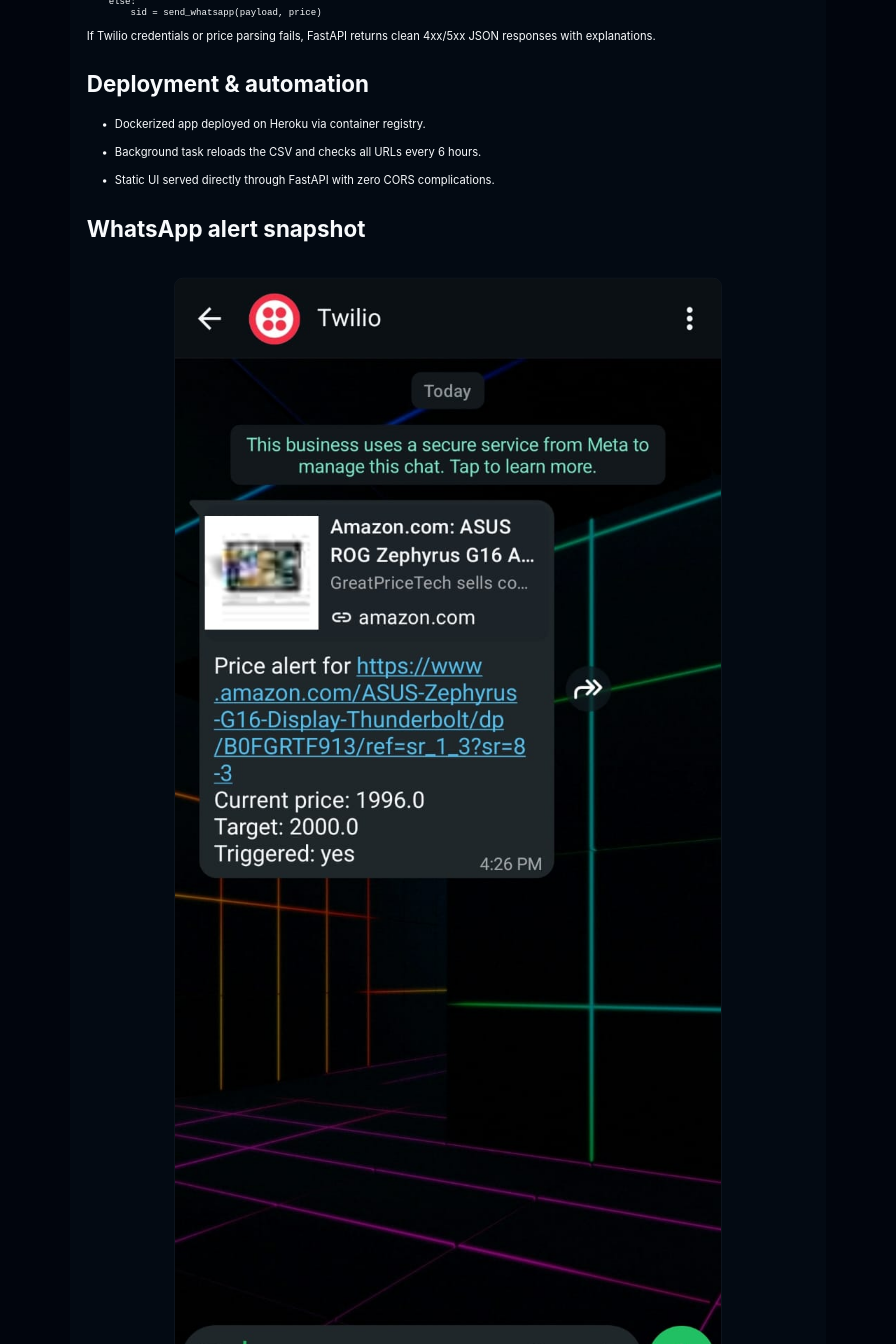
Repository: Abdulaziz-04/Abdulaziz-04.github.io
Page: deepdives/backend_systems/price_notifier/price_notifier.html
These files come from the project's save history. The page is drawn as it stood at one moment and after the next save; the edit follows.
The browser window is 1280 px wide. The pictures show the part of the page from y = 1980 to 3900 px (the page is 4114 px tall before and 4094 px after), at 70% of full size.

Above is the page before, as saved 2025-11-21 15:09:01.

### deepdives/backend_systems/price_notifier/price_notifier.html
<!DOCTYPE html>
<html lang="en">
  <head>
    <meta charset="UTF-8" />
    <meta name="viewport" content="width=device-width, initial-scale=1" />
    <title>Price Notifier with WhatsApp Alerts</title>
    <link rel="stylesheet" href="../../../assets/css/styles.css" />
  </head>

  <body class="project-detail-page">
    <header class="detail-hero">
      <a class="category-back" href="../../../projects/backend_systems.html">
        ← Back to Projects
      </a>

      <p class="category-pill">Backend & Distributed Logic</p>
      <br />

      <h1>Price Notifier with WhatsApp Alerts</h1>

      <p class="detail-summary">
        <b>
          Lightweight FastAPI service that checks live product prices on demand
          or every 6 hours, and sends WhatsApp alerts via Twilio when the price
          hits a target. Includes a simple browser UI, optional delay, Docker
          deploy, and multi-URL tracking via CSV.
        </b>
      </p>

      <ul class="detail-meta">
        <li>
          <strong>Tech Stack:</strong> FastAPI, BeautifulSoup, requests, Twilio
          API, uvicorn, React, Docker, Heroku
        </li>
      </ul>
    </header>

    <main class="section detail-content">
      <!-- HERO IMAGE -->
      <section class="detail-section detail-hero-gif">
        <figure class="gallery-item gallery-item--wide">
          <img
            src="./images/intro.png"
            alt="Price notifier UI"
            style="display: block; margin: 0 auto; max-width: 90%; height: auto"
          />
          <figcaption style="text-align: center">
            UI for submitting product URL, target price, optional delay, and
            seeing JSON responses from the API.
          </figcaption>
        </figure>
      </section>

      <!-- QUICK INSIGHTS -->
      <section class="detail-section">
        <h2>Quick insights</h2>
        <ul class="psr-list">
          <li>
            <strong>Purpose:</strong> Automates price checks and sends WhatsApp
            alerts when a target is reached.
          </li>
          <br />
          <li>
            <strong>Inputs:</strong> Product URL, target price, optional delay,
            optional custom WhatsApp recipient.
          </li>
          <br />
          <li>
            <strong>Automation:</strong> Background task re-checks all saved
            URLs every 6 hours and alerts if thresholds are met.
          </li>
        </ul>
      </section>

      <!-- FEATURES -->
      <section class="detail-section">
        <h2>Features</h2>
        <ul>
          <li>Fetches live product price via BeautifulSoup scraping.</li>
          <br />
          <li>
            Compares price vs target and sends WhatsApp alerts via Twilio.
          </li>
          <br />
          <li>Supports delayed notifications (up to 24 hours).</li>
          <br />
          <li>
            Tracks multiple items in a CSV, for lightweight and personal use.
          </li>
        </ul>
      </section>

      <!-- API & LOGIC -->
      <section class="detail-section">
        <h2>API & core logic</h2>

        <p>FastAPI project exposes three simple endpoints:</p>

        <pre
          class="code-bordered"
        ><code>GET /               → serves the static UI
GET /api/health     → {"status":"ok"}
POST /api/notify    → { url, target_price, delay_minutes?, send_to? }</code></pre>

        <p>Price extraction and alert logic stays minimal and robust:</p>

        <div class="code-grid">
          <div class="code-block">
            <p class="code-block__title">Price parsing</p>
            <div class="code-card">
              <pre><code>def extract_price(html):
    soup = BeautifulSoup(html, "html.parser")
    for key in ["priceblock_ourprice",
                "priceblock_dealprice",
                "priceblock_saleprice"]:
        tag = soup.find(id=key)
        if tag:
            return parse_number(tag.text)
    return fallback_numeric_parse(soup.get_text(" ", strip=True))</code></pre>
            </div>
          </div>

          <div class="code-block">
            <p class="code-block__title">Alert decision</p>
            <div class="code-card">
              <pre><code>if price <= target_price:
    if delay:
        asyncio.create_task(send_after_delay(delay, payload))
    else:
        sid = send_whatsapp(payload, price)
</code></pre>
            </div>
          </div>
        </div>

        <p>
          If Twilio credentials or price parsing fails, FastAPI returns clean
          4xx/5xx JSON responses with explanations.
        </p>
      </section>

      <!-- DEPLOYMENT -->
      <section class="detail-section">
        <h2>Deployment & automation</h2>
        <ul>
          <li>Dockerized app deployed on Heroku via container registry.</li>
          <br />
          <li>
            Background task reloads the CSV and checks all URLs every 6 hours.
          </li>
          <br />
          <li>
            Static UI served directly through FastAPI with zero CORS
            complications.
          </li>
        </ul>
      </section>

      <!-- GALLERY -->
      <section class="detail-section detail-gallery">
        <h2>WhatsApp alert snapshot</h2>

        <div class="gallery-row gallery-row--one">
          <figure class="gallery-item gallery-item--wide">
            <a href="./images/notify.jpg" target="_blank">
              <img
                src="./images/notify.jpg"
                alt="WhatsApp alert showcasing price trigger"
              />
            </a>
            <figcaption>
              Example WhatsApp alert sent when the price dropped below target.
            </figcaption>
          </figure>
        </div>
      </section>
    </main>
  </body>
</html>

### assets/css/styles.css
:root {
  --bg: #030a13;
  --bg-alt: #050f1f;
  --panel: #071425;
  --panel-soft: rgba(34, 197, 94, 0.08);
  --accent: #22c55e;
  --accent-strong: #86efac;
  --text: #f8fafc;
  --muted: #cbd5f5;
  --border: rgba(255, 255, 255, 0.08);
  --radius: 18px;
  --shadow: 0 25px 70px rgba(1, 8, 4, 0.55);
}

* {
  box-sizing: border-box;
}

body {
  margin: 0;
  min-height: 100vh;
  font-family: "Inter", "Segoe UI", system-ui, -apple-system, BlinkMacSystemFont,
    sans-serif;
  color: var(--text);
  background: radial-gradient(circle at 15% 35%, rgba(34, 197, 94, 0.15), transparent 45%),
    radial-gradient(circle at 80% 0%, rgba(134, 239, 172, 0.2), transparent 35%),
    #020718;
  scroll-behavior: smooth;
  padding-top: 0;
}

.modal-open {
  overflow: hidden;
}

main {
  background: var(--bg);
}

.section {
  max-width: 1080px;
  margin: 0 auto;
  padding: 3.5rem 1.5rem;
}

.site-header {
  margin: 0;
  padding: clamp(4rem, 12vw, 6rem) clamp(1.5rem, 6vw, 4rem) 3.5rem;
  background: linear-gradient(135deg, rgba(5, 18, 12, 0.9), rgba(3, 10, 19, 0.85)),
    radial-gradient(circle at top left, rgba(34, 197, 94, 0.25), transparent 55%);
  box-shadow: inset 0 1px 0 rgba(255, 255, 255, 0.05);
  min-height: 85vh;
  display: flex;
  align-items: center;
}

.hero-header {
  margin-top: 0;
  padding-top: clamp(4.5rem, 12vw, 7rem);
}

.top-nav {
  position: fixed;
  top: 0;
  left: 0;
  width: 100%;
  padding: 0.75rem clamp(1.25rem, 6vw, 4rem);
  background: rgba(4, 9, 20, 0.95);
  border-bottom: 1px solid rgba(255, 255, 255, 0.05);
  backdrop-filter: blur(14px);
  display: flex;
  align-items: center;
  justify-content: space-between;
  gap: 1rem;
  z-index: 50;
}

.top-nav__brand {
  font-size: 0.85rem;
  letter-spacing: 0.3em;
  text-transform: uppercase;
  color: var(--muted);
}

.top-nav__links {
  display: flex;
  align-items: center;
  gap: 0.9rem;
  flex-wrap: wrap;
}

.nav-link {
  text-decoration: none;
  color: var(--muted);
  font-weight: 600;
  letter-spacing: 0.08em;
  text-transform: uppercase;
  padding: 0.4rem 0.85rem;
  border-radius: 999px;
  transition: color 0.2s ease, background 0.2s ease;
}

.nav-link:hover {
  color: var(--text);
}

.nav-link.active {
  background: var(--accent);
  color: #03140c;
}

.hire-btn {
  cursor: pointer;
  background: var(--accent);
  color: black;
  padding: 0.95rem 2.4rem;
  font-size: 1.1rem;
  font-weight: 700;
  border: none;
  border-radius: 999px;
  box-shadow: 0 12px 28px rgba(34, 197, 94, 0.35);
}

.hero-grid {
  display: grid;
  grid-template-columns: minmax(0, 1.4fr) minmax(220px, 320px);
  gap: clamp(2rem, 4vw, 3.5rem);
  width: 100%;
  align-items: start;
}

.hero-text h1 {
  font-size: clamp(2.5rem, 5vw, 3.8rem);
  margin: 0.2rem 0 0.8rem;
}

.hero-lede {
  color: var(--muted);
  font-size: 1.05rem;
  max-width: 560px;
  line-height: 1.6;
}

.eyebrow {
  text-transform: uppercase;
  color: var(--accent-strong);
}

.hero-summary {
  margin: 1.5rem 0 1.75rem;
  color: var(--muted);
}

.summary-list {
  font-size: large;
  margin: 0;
  padding-left: 1.5rem;
}

.summary-list li {
  margin-bottom: 0.55rem;
  line-height: 1.5;
}

.hero-actions {
  display: flex;
  flex-wrap: wrap;
  gap: 1rem;
  width: 100%;
}

.hero-actions .hire-btn {
  padding: 1.1rem 2.8rem;
  font-size: 1.2rem;
}

.btn {
  display: inline-flex;
  align-items: center;
  justify-content: center;
  gap: 0.4rem;
  padding: 0.75rem 1.6rem;
  border-radius: 999px;
  text-decoration: none;
  font-weight: 600;
  transition: transform 0.2s ease, box-shadow 0.2s ease;
}

.btn.primary {
  background: linear-gradient(120deg, var(--accent), var(--accent-strong));
  color: #020714;
  box-shadow: var(--shadow);
}

.btn.secondary {
  border: 1px solid var(--accent);
  color: var(--accent-strong);
}

.btn:hover {
  transform: translateY(-2px);
}

.hero-photo {
  justify-self: center;
}

.hero-photo img {
  width: clamp(220px, 18vw, 280px);
  border-radius: 28px;
  border: 1px solid rgba(134, 239, 172, 0.2);
  box-shadow: 0 20px 60px rgba(0, 0, 0, 0.6);
  filter: saturate(1.05);
}

.section h2 {
  margin-top: 0;
  font-size: 2rem;
}

.experience-grid {
  display: grid;
  grid-template-columns: repeat(auto-fit, minmax(300px, 1fr));
  gap: 1.75rem;
}

.experience-title {
  display: flex;
  justify-content: space-between;
  align-items: center;
  gap: 1rem;
  font-size: 1.2rem;
}

.experience-title .role {
  color: var(--text); /* default text color */
  font-weight: 600;
}

.experience-title .org {
  color:#6DF9C9;
  white-space: nowrap;
}

.experience-card,
.project-card {
  background: linear-gradient(145deg, var(--panel), rgba(6, 14, 18, 0.9));
  border-radius: var(--radius);
  border: 1px solid var(--border);
  padding: 1.75rem;
  box-shadow: var(--shadow);
}

.timeline {
  border-left: 2px solid var(--border);
  margin-top: 1.25rem;
}

.timeline-item {
  padding-left: 1.75rem;
  margin-bottom: 1.75rem;
  position: relative;
}

.timeline-header {
  display: flex;
  justify-content: space-between;
  align-items: baseline;
  gap: 1rem;
}

.timeline-header h3 {
  margin: 0;
}

.education-title {
  display: flex;
  justify-content: space-between;
  gap: 0.75rem;
  align-items: baseline;
  flex-wrap: wrap;
}

.edu-gpa {
  color: var(--accent-strong);
  white-space: nowrap;
  font-size: 0.95rem;
}





.hire-modal {
  position: fixed;
  inset: 0;
  background: rgba(5, 9, 18, 0.8);
  display: flex;
  justify-content: center;
  align-items: center;
  z-index: 100;
}

.hire-modal[hidden] {
  display: none;
}

.hire-modal__panel {
  background: #050b16;
  border: 1px solid rgba(255, 255, 255, 0.08);
  border-radius: 22px;
  padding: 1.75rem;
  width: min(90%, 420px);
  box-shadow: 0 30px 80px rgba(0, 0, 0, 0.55);
  position: relative;
  color: var(--text);
}

.hire-modal__panel p {
  color: var(--muted);
}

.hire-modal__close {
  position: absolute;
  top: 0.5rem;
  right: 0.75rem;
  background: var(--accent);
  color: #02120b;
  border: none;
  font-size: 1.35rem;
  font-weight: 700;
  cursor: pointer;
  width: 2.25rem;
  height: 2.25rem;
  border-radius: 999px;
  display: inline-flex;
  align-items: center;
  justify-content: center;
  line-height: 1;
}

.hire-options {
  display: flex;
  flex-direction: column;
  gap: 0.75rem;
  margin-top: 1rem;
}

.hire-option {
  display: flex;
  justify-content: space-between;
  align-items: center;
  padding: 0.85rem 1rem;
  border-radius: 1rem;
  text-decoration: none;
  color: var(--text);
  border: 1px solid rgba(255, 255, 255, 0.08);
  background: rgba(255, 255, 255, 0.02);
  transition: background 0.2s ease, transform 0.2s ease;
}

.hire-option:hover {
  background: rgba(34, 197, 94, 0.18);
  transform: translateY(-2px);
}

.hire-option small {
  color: var(--muted);
  letter-spacing: 0.04em;
}

.hire-modal__action {
  margin-top: 1.5rem;
  width: 100%;
  text-align: center;
}

.timeline-item::before {
  content: "";
  width: 11px;
  height: 11px;
  border-radius: 999px;
  background: var(--accent);
  box-shadow: 0 0 16px rgba(34, 197, 94, 0.8);
  position: absolute;
  left: -6px;
  top: 4px;
}

.timeline-date {
  font-size: 0.85rem;
  letter-spacing: 0.1em;
  text-transform: uppercase;
  color: var(--muted);
}

.course-dropdown {
  margin-top: 1.5rem;
}

.course-toggle {
  width: 100%;
  background: transparent;
  border: 1px solid rgba(255, 255, 255, 0.08);
  border-radius: var(--radius);
  padding: 0.75rem 1.1rem;
  color: var(--text);
  font: inherit;
  font-weight: 600;
  letter-spacing: 0.04em;
  display: flex;
  justify-content: space-between;
  align-items: center;
  cursor: pointer;
  transition: border-color 0.2s ease, transform 0.2s ease, box-shadow 0.2s ease;
}

.course-toggle:hover {
  border-color: rgba(134, 239, 172, 0.7);
  box-shadow: 0 0 20px rgba(34, 197, 94, 0.25);
  transform: translateY(-1px);
}

.course-toggle__icon {
  font-size: 1.1rem;
  line-height: 1;
  transition: transform 0.25s ease;
}

.course-toggle[aria-expanded='true'] .course-toggle__icon {
  transform: rotate(45deg);
}

.course-panel {
  margin-top: 1rem;
  border-left: 2px solid rgba(134, 239, 172, 0.3);
  padding-left: 1.25rem;
}

.course-panel[hidden] {
  display: none;
}

.course-panel__body h4 {
  margin-top: 1rem;
  margin-bottom: 0.5rem;
}

.certifications-list {
  display: grid;
  gap: 1rem;
  margin-top: 1rem;
}

#certifications {
  scroll-margin-top: 140px;
}

.cert-list {
  list-style: none;
  padding: 0;
  margin: 0;
  display: flex;
  flex-direction: column;
  gap: 0.75rem;
}

.cert-title {
  font-weight: 700;
}

.cert-meta {
  font-size: 0.95rem;
  color: var(--muted);
}

.loading-text,
.loading-error {
  color: var(--muted);
  font-style: italic;
}

.loading-error {
  color: #fda4af;
}

.project-card--featured {
  display: flex;
  flex-wrap: wrap;
  gap: 1.5rem;
}

.project-media img {
  max-width: 280px;
  border-radius: var(--radius);
  border: 1px solid rgba(34, 197, 94, 0.3);
}

.project-grid {
  display: grid;
  grid-template-columns: repeat(auto-fit, minmax(240px, 1fr));
  gap: 1.25rem;
  margin-top: 1rem;
}

.projects-overview .projects-lede {
  color: var(--muted);
  max-width: 760px;
  margin-bottom: 2rem;
}

.project-category-grid {
  display: grid;
  grid-template-columns: repeat(auto-fit, minmax(260px, 1fr));
  gap: 1.5rem;
  margin-top: 2rem;
}

.project-category-card {
  border: 1px solid var(--border);
  border-radius: var(--radius);
  padding: 1.75rem;
  background: rgba(7, 19, 33, 0.85);
  display: flex;
  flex-direction: column;
  gap: 0.75rem;
  box-shadow: 0 15px 40px rgba(0, 0, 0, 0.35);
  min-height: 260px;
}

.category-pill {
  text-transform: uppercase;
  letter-spacing: 0.08em;
  font-size: 0.78rem;
  color: var(--accent-strong);
  margin: 0;
  display: block;
  min-height: 2.2em;
  text-decoration: none;
  cursor: pointer;
}

.project-category-card h3 {
  margin: 0;
  line-height: 1.35;
  min-height: 3.2em;
}

.project-category-card > p:not(.category-pill) {
  margin: 0;
  line-height: 1.5;
  min-height: 4.4em;
}

.category-link {
  align-self: flex-start;
  margin-top: auto;
}

.category-page {
  background: #01050d;
  color: var(--text);
  min-height: 100vh;
  margin: 0;
}

.category-hero {
  max-width: 900px;
  margin: 0 auto;
  padding: 4rem 1.5rem 2rem;
  text-align: left;
}

.category-hero h1 {
  margin-top: 0.5rem;
}

.category-back {
  text-decoration: none;
  color: var(--accent-strong);
  font-weight: 600;
}

.category-section {
  padding-top: 0;
}

.category-description {
  color: var(--muted);
  max-width: 720px;
}

.project-modal-grid {
  display: grid;
  grid-template-columns: repeat(auto-fit, minmax(280px, 1fr));
  gap: 1.5rem;
  margin-top: 1.5rem;
  align-items: stretch;
  grid-auto-rows: 1fr;
}

.project-modal-card {
  border: 1px solid rgba(255, 255, 255, 0.08);
  border-radius: 20px;
  padding: 1.25rem;
  background: rgba(5, 13, 25, 0.95);
  display: flex;
  flex-direction: column;
  gap: 1rem;
  box-shadow: 0 20px 50px rgba(0, 0, 0, 0.45);
  height: 100%;
}

.project-modal__body {
  display: grid;
  grid-template-rows: auto 1fr auto auto;
  gap: 0.6rem;
  height: 100%;
}

.project-modal-card h3 {
  margin: 0;
  min-height: 2.6rem;
  display: flex;
  align-items: flex-end;
}

.project-modal__body h3,
.project-modal__body p {
  margin: 0;
}

.project-modal__summary {
  color: var(--muted);
  line-height: 1.5;
  min-height: 0;
}

.project-modal__tech {
  font-size: 0.95rem;
  color: var(--accent-strong);
  min-height: 2.4rem;
  line-height: 1.5;
}

.project-modal__tech strong,
.project-modal__tech b {
  display: block;
}

.project-modal__actions {
  display: flex;
  gap: 0.75rem;
  flex-wrap: wrap;
  margin-top: auto;
  padding-top: 0.75rem;
}

.category-footer {
  text-align: center;
  color: var(--muted);
  padding: 2rem 1rem 3rem;
}

.project-detail-page {
  background: #01050d;
  color: var(--text);
  margin: 0;
}

.detail-hero {
  max-width: 960px;
  margin: 0 auto;
  padding: 4rem 1.5rem 2rem;
}

.detail-summary {
  color: var(--muted);
  font-size: 1.1rem;
}

.detail-meta {
  list-style: none;
  padding: 0;
  margin: 1.5rem 0 0;
  display: flex;
  flex-wrap: wrap;
  gap: 1rem 2rem;
  color: var(--accent-strong);
}

.detail-content {
  padding-top: 0;
}

.home-page p,
.home-page li,
.home-page .course-panel__body {
  text-align: justify;
}

.home-page .projects-overview p,
.home-page .project-category-card p {
  text-align: left;
}

.project-detail-page p,
.project-detail-page li {
  text-align: justify;
}

.detail-section {
  margin-bottom: 2.5rem;
}

.detail-gallery {
  display: flex;
  flex-direction: column;
  gap: 1.5rem;
}

.detail-gallery .gallery-row {
  display: flex;
  flex-direction: column;
  gap: 1.75rem;
  align-items: center;
}

.detail-gallery .gallery-row--two {
  width: 100%;
  display: grid;
  grid-template-columns: repeat(auto-fit, minmax(280px, 1fr));
  gap: 1.25rem;
  align-items: start;
}

.detail-gallery .gallery-item {
  flex: 0 0 auto;
  max-width: 880px;
  margin: 0 auto;
  text-align: center;
}

.detail-gallery .gallery-item figcaption {
  text-align: center;
}

.detail-gallery .gallery-item img {
  display: block;
  width: 100%;
  height: auto;
  border-radius: 12px;
  border: 1px solid rgba(255, 255, 255, 0.08);
  margin: 0 auto;
  transform: none;
}

.detail-video {
  display: block;
  width: 100%;
  max-width: 720px;
  height: auto;
  margin: 0 auto;
  border-radius: 12px;
  border: 1px solid rgba(255, 255, 255, 0.08);
  background: #000;
}

.detail-gallery__grid {
  display: grid;
  grid-template-columns: repeat(auto-fit, minmax(240px, 1fr));
  gap: 1.25rem;
}

.detail-gallery__grid img {
  width: 100%;
  border-radius: 14px;
  border: 1px solid rgba(255, 255, 255, 0.08);
}

.detail-snippet pre {
  background: #020714;
  padding: 1.25rem;
  border-radius: 16px;
  border: 1px solid rgba(255, 255, 255, 0.08);
  overflow-x: auto;
}

.code-emphasis {
  font-size: 1.4em;
}

.skills-list {
  display: flex;
  flex-wrap: wrap;
  gap: 0.65rem;
}

.skill-pill {
  --pill-bg: rgba(148, 163, 184, 0.15);
  --pill-color: #f8fafc;
  --pill-icon: rgba(255, 255, 255, 0.85);
  display: inline-flex;
  align-items: center;
  gap: 0.4rem;
  padding: 0.45rem 0.9rem;
  border-radius: 0.85rem;
  background: var(--pill-bg);
  color: var(--pill-color);
  font-size: 0.78rem;
  font-weight: 700;
  letter-spacing: 0.05em;
  text-transform: uppercase;
  border: 1px solid rgba(255, 255, 255, 0.06);
  box-shadow: 0 6px 14px rgba(0, 0, 0, 0.25);
}

.skill-pill i {
  font-size: 1rem;
  color: var(--pill-icon);
}

.site-footer {
  text-align: center;
  display: flex;
  justify-content: center;
  padding: 2.5rem 1rem 3rem;
  color: var(--muted);
  border-top: 1px solid var(--border);
  background: linear-gradient(180deg, rgba(5, 9, 18, 0.98), rgba(2, 7, 24, 0.95));
  margin-top: 0;
  box-shadow: 0 -18px 45px rgba(0, 0, 0, 0.45);
}

.site-footer p {
  margin: 0;
}

@media (max-width: 1024px) {
  .hero-grid {
    grid-template-columns: 1fr;
    text-align: center;
  }

  .hero-photo {
    order: -1;
  }

  .top-nav {
    flex-direction: column;
    align-items: flex-start;
    gap: 0.5rem;
  }

  .top-nav__links {
    width: 100%;
    justify-content: flex-start;
    gap: 0.5rem;
  }

  .hire-btn {
    width: 100%;
    text-align: center;
  }
}

@media (max-width: 640px) {
  .hero-header {
    padding-top: 9rem;
  }

  .experience-title {
    flex-direction: column;
    align-items: flex-start;
    gap: 0.35rem;
    font-size: 1.05rem;
  }

  .experience-title .org {
    white-space: normal;
    width: 100%;
  }
}


/* Medium size for first GIF */
.gallery-item--medium {
  text-align: center;
}

.gallery-item--medium img {
  max-width: 720px;
  width: 100%;
  height: auto;
  display: block;
  margin: 0 auto;
}

.gallery-item figcaption {
  margin-top: 0.95rem;
  color: var(--muted);
  line-height: 1.5;
}

.hero-screens {
  display: flex;
  flex-wrap: wrap;
  justify-content: center;
  align-items: flex-start;
  gap: 1.25rem;
}

.hero-screens .gallery-item {
  max-width: 220px;
  width: 100%;
  display: flex;
  flex-direction: column;
  align-items: center;
}

.hero-screens .gallery-item img {
  width: 100%;
  height: 420px;
  display: block;
  margin: 0 auto;
  object-fit: contain;
}

.hero-screens .gallery-item figcaption {
  text-align: center;
  margin-top: 0.75rem;
}


a {
  color: #b6f5c9;
}

a:hover {
  color: #8ef0af;
}

After the next save:
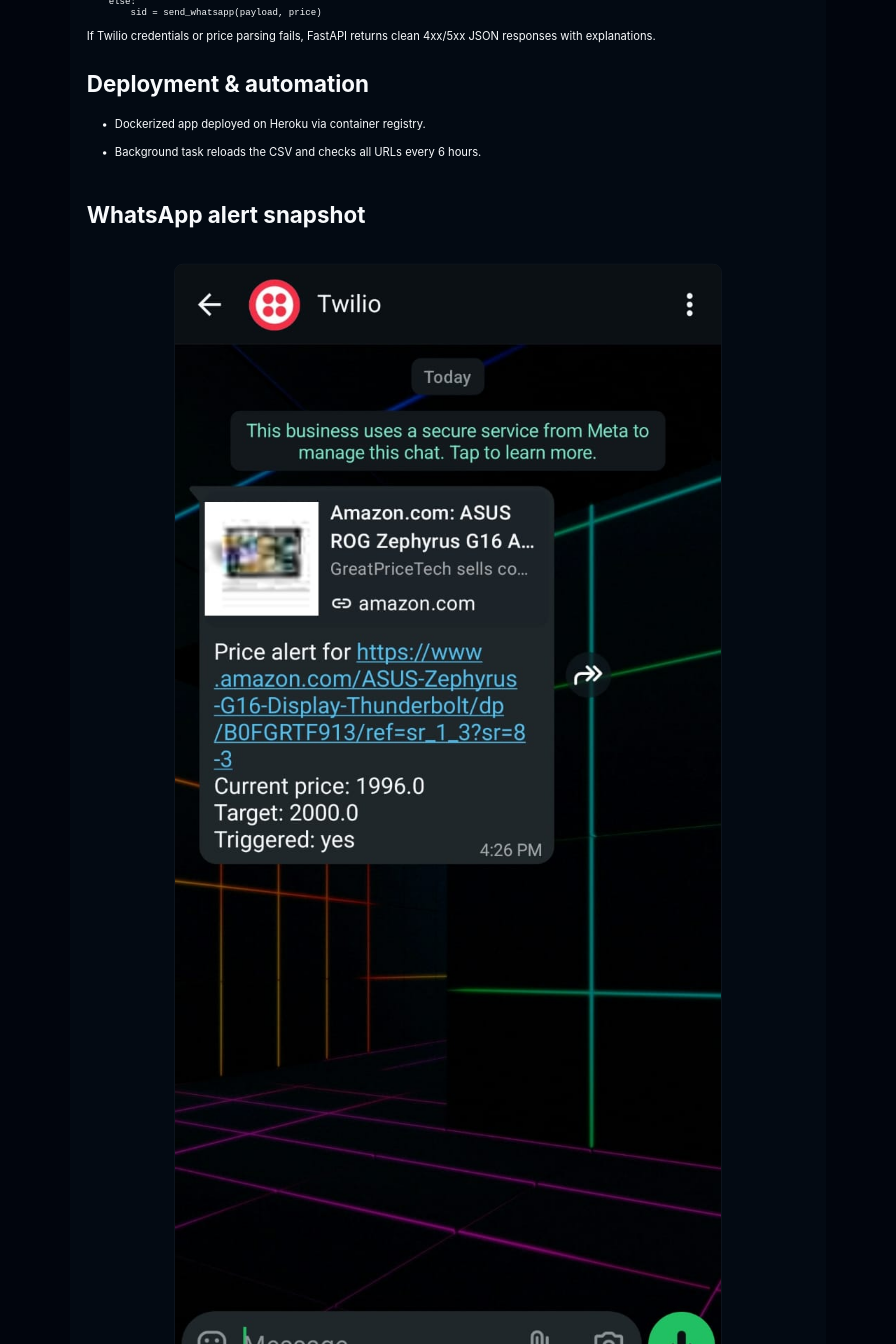
Saved 9 s later.
--- a/deepdives/backend_systems/price_notifier/price_notifier.html
+++ b/deepdives/backend_systems/price_notifier/price_notifier.html
@@ -149,10 +149,6 @@ POST /api/notify    → { url, target_price, delay_minutes?, send_to? }</code></
             Background task reloads the CSV and checks all URLs every 6 hours.
           </li>
           <br />
-          <li>
-            Static UI served directly through FastAPI with zero CORS
-            complications.
-          </li>
         </ul>
       </section>
 
